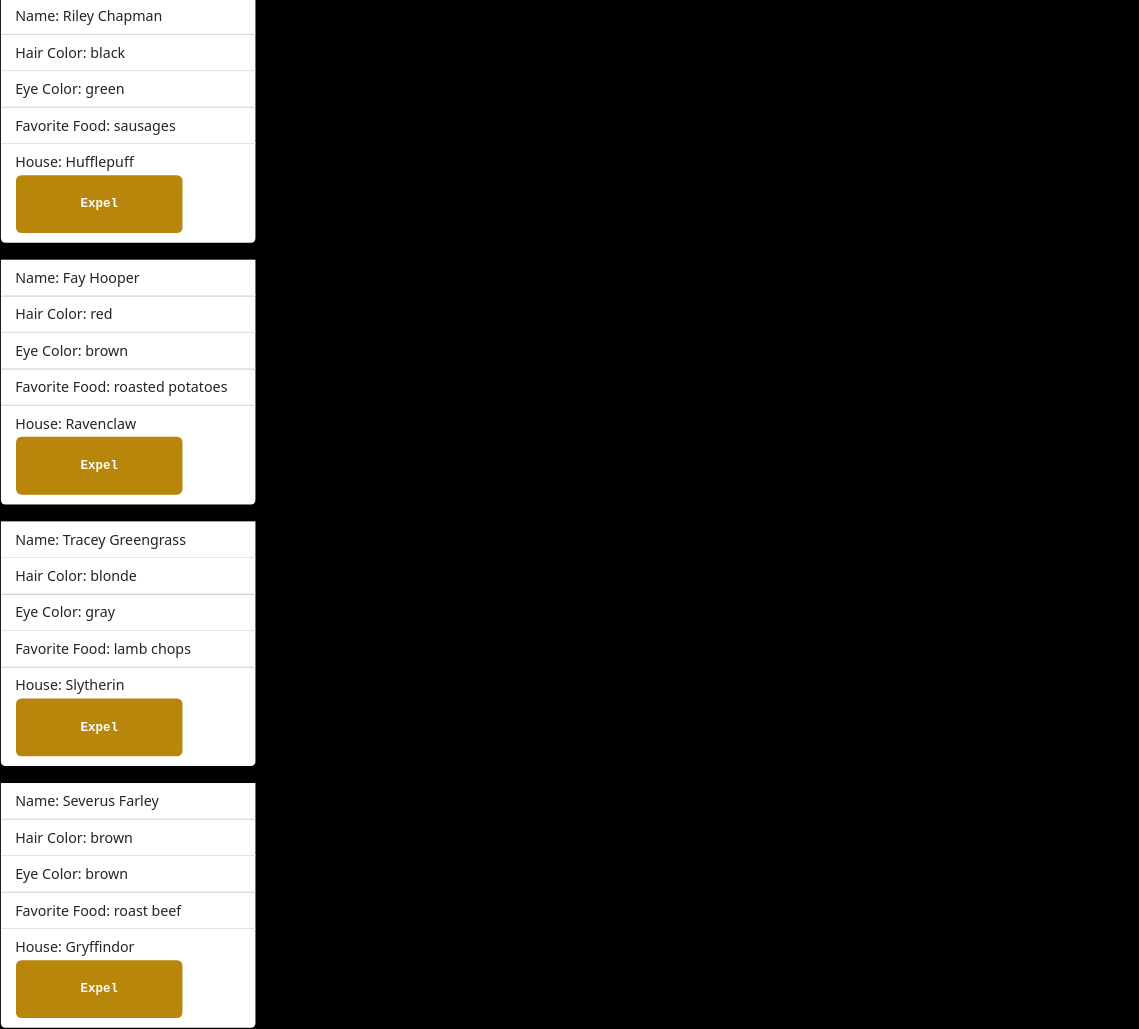
Repository: jontslater/INDIVIDUAL-PROJECT-sorting-hat
Page: index.html
The author's editor kept a copy of each file at every save. The page is drawn from the files as they stood at one save, then again after the next save.
The browser window is 1280 px wide. The pictures show the part of the page from y = 538 to 1694 px (the page is 1694 px tall before and 1434 px after), at 89% of full size.
A picture or video elsewhere on the page could not be fetched, so the positions and the page height are approximate.

Above is the page before, as saved 2023-10-31 19:01:47.

After the next save:
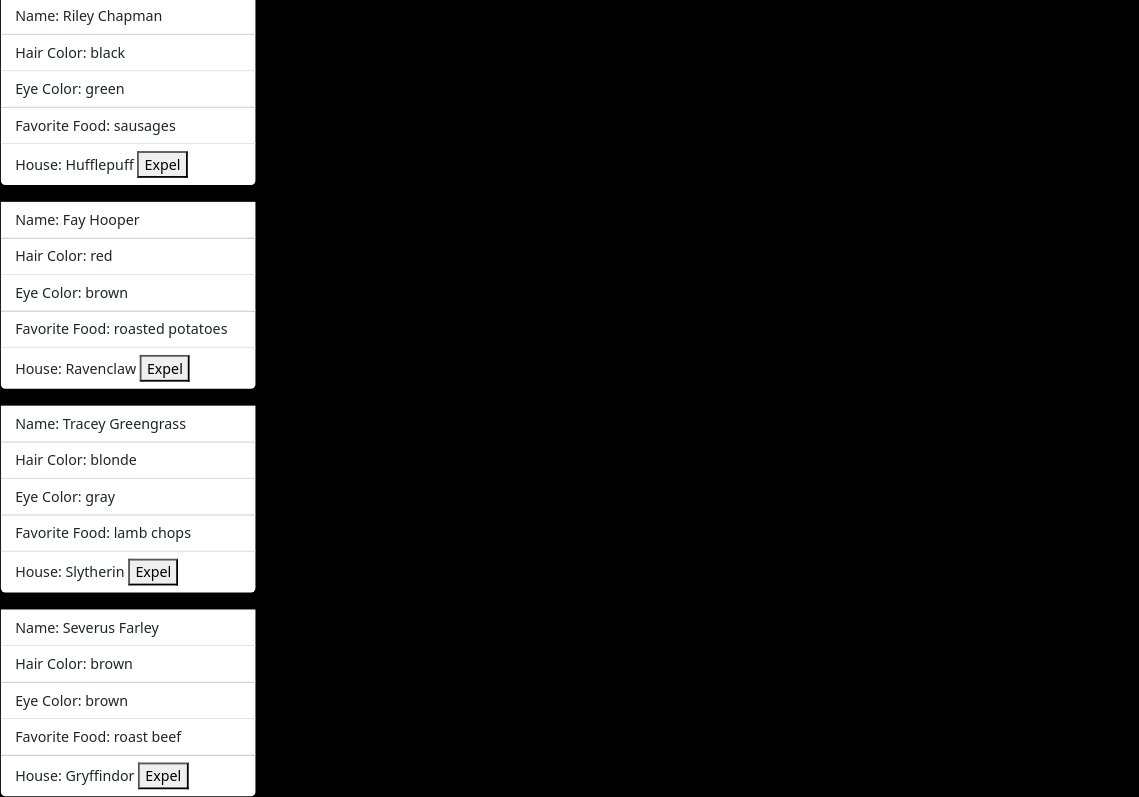
Saved 26 s later.
--- a/main.js
+++ b/main.js
@@ -55,7 +55,7 @@
       <li class="list-group-item">Eye Color: ${student.eyeColor}
       <li class="list-group-item"> Favorite Food: ${student.favoriteFood}
       <li class="list-group-item"> House: ${student.house}
-      <button type="button" class="btn btn-warning">Expel</button>
+      <button type="button" class="btn-warning">Expel</button>
     </ul>
   </div>`
   }
